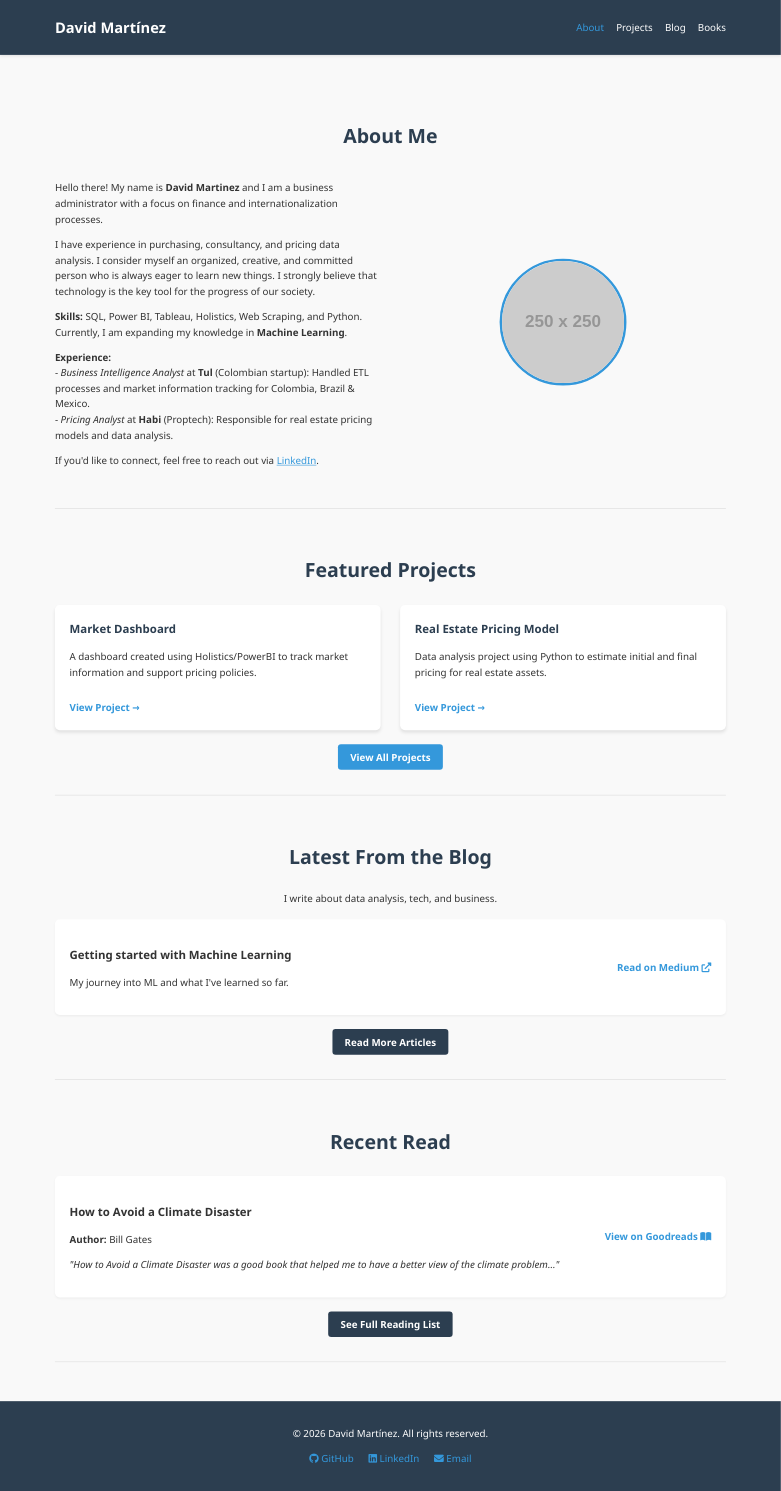
Repository: davidsmv/davidsmv.github.io
Page: index.html
An editor plug-in stored every save of this project. The page is shown before and after the next save, followed by the edit.
The browser window is 1280 px wide. The pictures show the whole page, at 61% of full size.

Above is the page before, as saved 2026-01-19 17:03:07.

### index.html
<!DOCTYPE html>
<html lang="en">
<head>
    <!-- Google Tag Manager -->
    <script>(function(w,d,s,l,i){w[l]=w[l]||[];w[l].push({'gtm.start':
    new Date().getTime(),event:'gtm.js'});var f=d.getElementsByTagName(s)[0],
    j=d.createElement(s),dl=l!='dataLayer'?'&l='+l:'';j.async=true;j.src=
    'https://www.googletagmanager.com/gtm.js?id='+i+dl;f.parentNode.insertBefore(j,f);
    })(window,document,'script','dataLayer','GTM-K4HP3RM');</script>
    <!-- End Google Tag Manager -->

    <meta charset="UTF-8">
    <meta name="viewport" content="width=device-width, initial-scale=1.0">
    <meta http-equiv="X-UA-Compatible" content="ie=edge">
    <title>David Martínez</title>

    <!-- Link to your new styles -->
    <link rel="stylesheet" href="styles.css">
    <!-- Font Awesome for Icons -->
    <link rel="stylesheet" href="https://cdnjs.cloudflare.com/ajax/libs/font-awesome/6.0.0/css/all.min.css">
</head>
<body>
    <!-- Google Tag Manager (noscript) -->
    <noscript><iframe src="https://www.googletagmanager.com/ns.html?id=GTM-K4HP3RM"
    height="0" width="0" style="display:none;visibility:hidden"></iframe></noscript>
    <!-- End Google Tag Manager (noscript) -->

    <!-- Navigation Header -->
    <header>
        <nav>
            <div class="logo"><a href="index.html" style="color: white; text-decoration: none;">David Martínez</a></div>
            <ul class="nav-links">
                <li><a href="#about" style="color: var(--accent-color);">About</a></li>
                <li><a href="projects.html">Projects</a></li>
                <li><a href="blog.html">Blog</a></li>
                <li><a href="books.html">Books</a></li>
            </ul>
        </nav>
    </header>

    <div class="container">
        <!-- About Section -->
        <section id="about">
            <h2>About Me</h2>
            <div class="about-content">
                <div class="about-text">
                    <p>Hello there! My name is <strong>David Martinez</strong> and I am a business administrator with a focus on finance and internationalization processes.</p>
                    <p>
                        I have experience in purchasing, consultancy, and pricing data analysis. I consider myself an organized, creative, and committed person who is always eager to learn new things.
                        I strongly believe that technology is the key tool for the progress of our society.
                    </p>
                    <p>
                        <strong>Skills:</strong> SQL, Power BI, Tableau, Holistics, Web Scraping, and Python.
                        Currently, I am expanding my knowledge in <strong>Machine Learning</strong>.
                    </p>
                    <p>
                        <strong>Experience:</strong>
                        <br>
                        - <em>Business Intelligence Analyst</em> at <strong>Tul</strong> (Colombian startup): Handled ETL processes and market information tracking for Colombia, Brazil & Mexico.
                        <br>
                        - <em>Pricing Analyst</em> at <strong>Habi</strong> (Proptech): Responsible for real estate pricing models and data analysis.
                    </p>
                    <p>
                        If you'd like to connect, feel free to reach out via <a href="https://www.linkedin.com/in/davidsmv" target="_blank" style="color: var(--accent-color);">LinkedIn</a>.
                    </p>
                </div>
                <!-- Placeholder image - Replace 'profile-placeholder.jpg' with your actual photo file name -->
                <div class="about-image">
                    <img src="https://via.placeholder.com/250" alt="David Martínez" class="profile-pic">
                </div>
            </div>
        </section>

        <!-- Projects Section -->
        <section id="projects">
            <h2>Featured Projects</h2>
            <div class="projects-grid">

                <!-- Project 1 Example -->
                <div class="project-card">
                    <h3>Market Dashboard</h3>
                    <p>A dashboard created using Holistics/PowerBI to track market information and support pricing policies.</p>
                    <a href="#" class="project-link">View Project &rarr;</a>
                </div>

                <!-- Project 2 Example -->
                <div class="project-card">
                    <h3>Real Estate Pricing Model</h3>
                    <p>Data analysis project using Python to estimate initial and final pricing for real estate assets.</p>
                    <a href="#" class="project-link">View Project &rarr;</a>
                </div>
            </div>
            <div style="text-align: center; margin-top: 2rem;">
                <a href="projects.html" style="background-color: var(--accent-color); color: white; padding: 10px 20px; border-radius: 5px; text-decoration: none; font-weight: bold;">View All Projects</a>
            </div>
        </section>

        <!-- Blog Section -->
        <section id="blog">
            <h2>Latest From the Blog</h2>
            <p style="text-align: center; margin-bottom: 20px;">I write about data analysis, tech, and business.</p>
            <div class="card-list">
                <!-- Blog Post Link Example -->
                <div class="list-item">
                    <div>
                        <h3>Getting started with Machine Learning</h3>
                        <p>My journey into ML and what I've learned so far.</p>
                    </div>
                    <a href="https://medium.com/" target="_blank">Read on Medium <i class="fas fa-external-link-alt"></i></a>
                </div>
            </div>
            <div style="text-align: center; margin-top: 2rem;">
                <a href="blog.html" style="background-color: var(--primary-color); color: white; padding: 10px 20px; border-radius: 5px; text-decoration: none; font-weight: bold;">Read More Articles</a>
            </div>
        </section>

        <!-- Books Section (Goodreads) -->
        <section id="books">
            <h2>Recent Read</h2>
            <div class="card-list">

                <!-- Restored Book Review from previous file -->
                <div class="list-item">
                    <div>
                        <h3>How to Avoid a Climate Disaster</h3>
                        <p><strong>Author:</strong> Bill Gates</p>
                        <p><em>"How to Avoid a Climate Disaster was a good book that helped me to have a better view of the climate problem..."</em></p>
                    </div>
                    <a href="https://www.goodreads.com/book/show/52275335-how-to-avoid-a-climate-disaster" target="_blank">View on Goodreads <i class="fas fa-book-open"></i></a>
                </div>

            </div>
            <div style="text-align: center; margin-top: 2rem;">
                <a href="books.html" style="background-color: var(--primary-color); color: white; padding: 10px 20px; border-radius: 5px; text-decoration: none; font-weight: bold;">See Full Reading List</a>
            </div>
        </section>
    </div>

    <!-- Footer -->
    <footer>
        <p>&copy; 2026 David Martínez. All rights reserved.</p>
        <p>
            <a href="https://github.com/davidsmv" target="_blank"><i class="fab fa-github"></i> GitHub</a>
            <a href="https://www.linkedin.com/in/davidsmv" target="_blank"><i class="fab fa-linkedin"></i> LinkedIn</a>
            <a href="mailto:david-martinezv@hotmail.com"><i class="fas fa-envelope"></i> Email</a>
        </p>
    </footer>

</body>
</html>

### styles.css
/* Root variables for easy customization */
:root {
  --primary-color: #2c3e50; /* Dark Blue */
  --accent-color: #3498db;  /* Light Blue */
  --bg-color: #f9f9f9;      /* Light Gray Background */
  --text-color: #333;       /* Dark Text */
  --card-bg: #fff;          /* White Card Background */
  --font-main: 'Segoe UI', Tahoma, Geneva, Verdana, sans-serif;
}

body {
  font-family: var(--font-main);
  background-color: var(--bg-color);
  color: var(--text-color);
  margin: 0;
  padding: 0;
  line-height: 1.6;
}

/* Header & Navigation */
header {
  background-color: var(--primary-color);
  color: #fff;
  padding: 1rem 0;
  position: sticky;
  top: 0;
  z-index: 1000;
  box-shadow: 0 2px 5px rgba(0,0,0,0.1);
}

nav {
  display: flex;
  justify-content: space-between;
  align-items: center;
  max-width: 1100px;
  margin: 0 auto;
  padding: 0 20px;
}

.logo {
  font-size: 1.5rem;
  font-weight: bold;
}

.nav-links {
  list-style: none;
  display: flex;
}

.nav-links li {
  margin-left: 20px;
}

.nav-links a {
  color: #fff;
  text-decoration: none;
  font-weight: 500;
  transition: color 0.3s;
}

.nav-links a:hover {
  color: var(--accent-color);
}

/* Sections */
.container {
  max-width: 1100px;
  margin: 0 auto;
  padding: 2rem 20px;
}

section {
  padding: 3rem 0;
  border-bottom: 1px solid #ddd;
}

section h2 {
  text-align: center;
  margin-bottom: 2rem;
  color: var(--primary-color);
  font-size: 2rem;
}

/* About Section */
.about-content {
  display: flex;
  flex-wrap: wrap;
  align-items: center;
  gap: 2rem;
}

.about-text {
  flex: 1;
  min-width: 300px;
}

.about-image {
  flex: 1;
  text-align: center;
  min-width: 300px;
}

.profile-pic {
  width: 200px;
  height: 200px;
  border-radius: 50%;
  object-fit: cover;
  border: 4px solid var(--accent-color);
}

/* Projects Grid */
.projects-grid {
  display: grid;
  grid-template-columns: repeat(auto-fit, minmax(300px, 1fr));
  gap: 2rem;
}

.project-card {
  background: var(--card-bg);
  padding: 1.5rem;
  border-radius: 8px;
  box-shadow: 0 4px 6px rgba(0,0,0,0.1);
  transition: transform 0.3s ease;
}

.project-card:hover {
  transform: translateY(-5px);
}

.project-card h3 {
  margin-top: 0;
  color: var(--primary-color);
}

.project-link {
  display: inline-block;
  margin-top: 1rem;
  color: var(--accent-color);
  text-decoration: none;
  font-weight: bold;
}

/* Blog & Books (General Card Style) */
.card-list {
  display: flex;
  flex-direction: column;
  gap: 1.5rem;
}

.list-item {
  background: var(--card-bg);
  padding: 1.5rem;
  border-radius: 8px;
  box-shadow: 0 2px 4px rgba(0,0,0,0.05);
  display: flex;
  justify-content: space-between;
  align-items: center;
}

.list-item a {
  color: var(--accent-color);
  text-decoration: none;
  font-weight: bold;
}

/* Footer */
footer {
  background-color: var(--primary-color);
  color: #fff;
  text-align: center;
  padding: 1.5rem 0;
  margin-top: 2rem;
}

footer a {
  color: var(--accent-color);
  margin: 0 10px;
  text-decoration: none;
}

/* Responsive */
@media (max-width: 768px) {
  nav {
    flex-direction: column;
  }

  .nav-links {
    margin-top: 1rem;
  }

  .nav-links li {
    margin: 0 10px;
  }

  .about-content {
    flex-direction: column-reverse;
    text-align: center;
  }
}

After the next save:
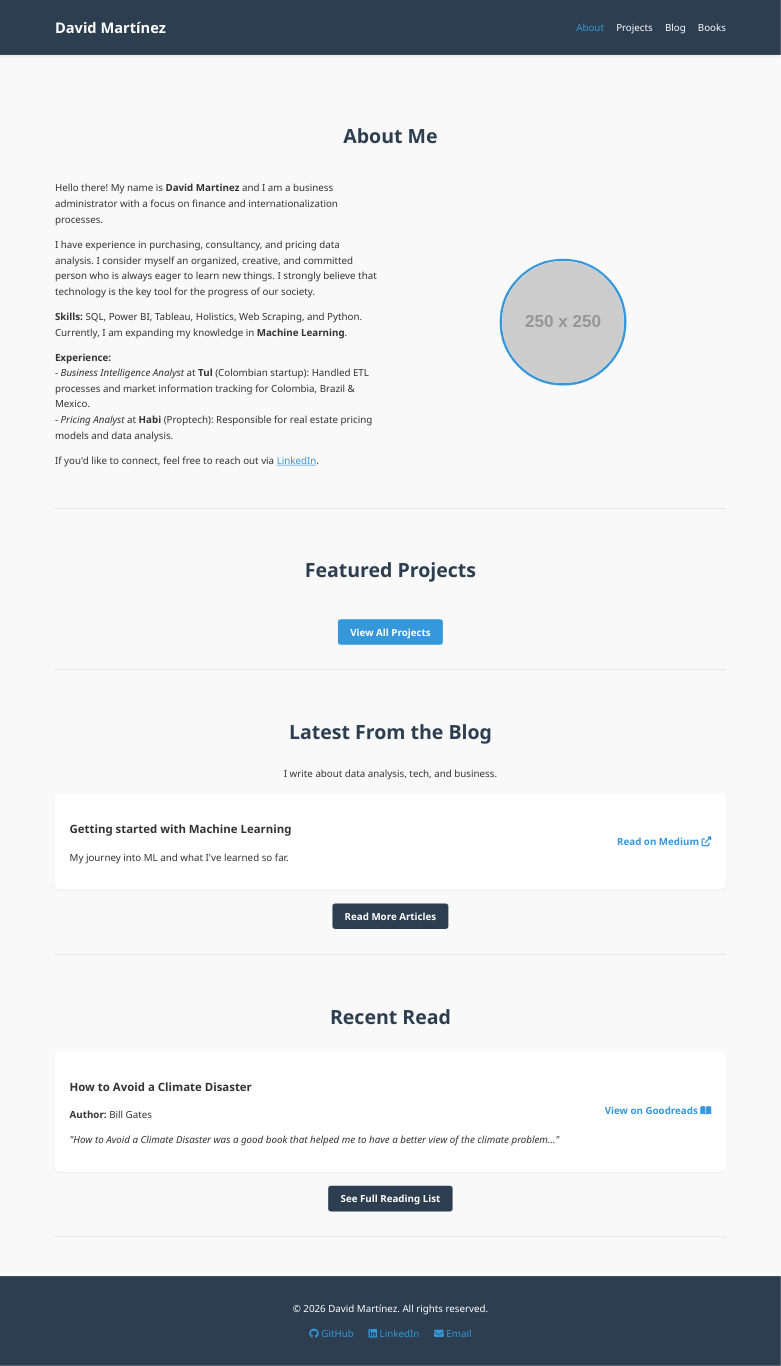
Saved 9 s later.
--- a/index.html
+++ b/index.html
@@ -74,21 +74,9 @@
         <!-- Projects Section -->
         <section id="projects">
             <h2>Featured Projects</h2>
-            <div class="projects-grid">
-
-                <!-- Project 1 Example -->
-                <div class="project-card">
-                    <h3>Market Dashboard</h3>
-                    <p>A dashboard created using Holistics/PowerBI to track market information and support pricing policies.</p>
-                    <a href="#" class="project-link">View Project &rarr;</a>
-                </div>
-
-                <!-- Project 2 Example -->
-                <div class="project-card">
-                    <h3>Real Estate Pricing Model</h3>
-                    <p>Data analysis project using Python to estimate initial and final pricing for real estate assets.</p>
-                    <a href="#" class="project-link">View Project &rarr;</a>
-                </div>
+            <!-- Empty container for JavaScript to populate -->
+            <div class="projects-grid" id="featured-projects">
+                <!-- Content will be loaded from scripts.js -->
             </div>
             <div style="text-align: center; margin-top: 2rem;">
                 <a href="projects.html" style="background-color: var(--accent-color); color: white; padding: 10px 20px; border-radius: 5px; text-decoration: none; font-weight: bold;">View All Projects</a>
